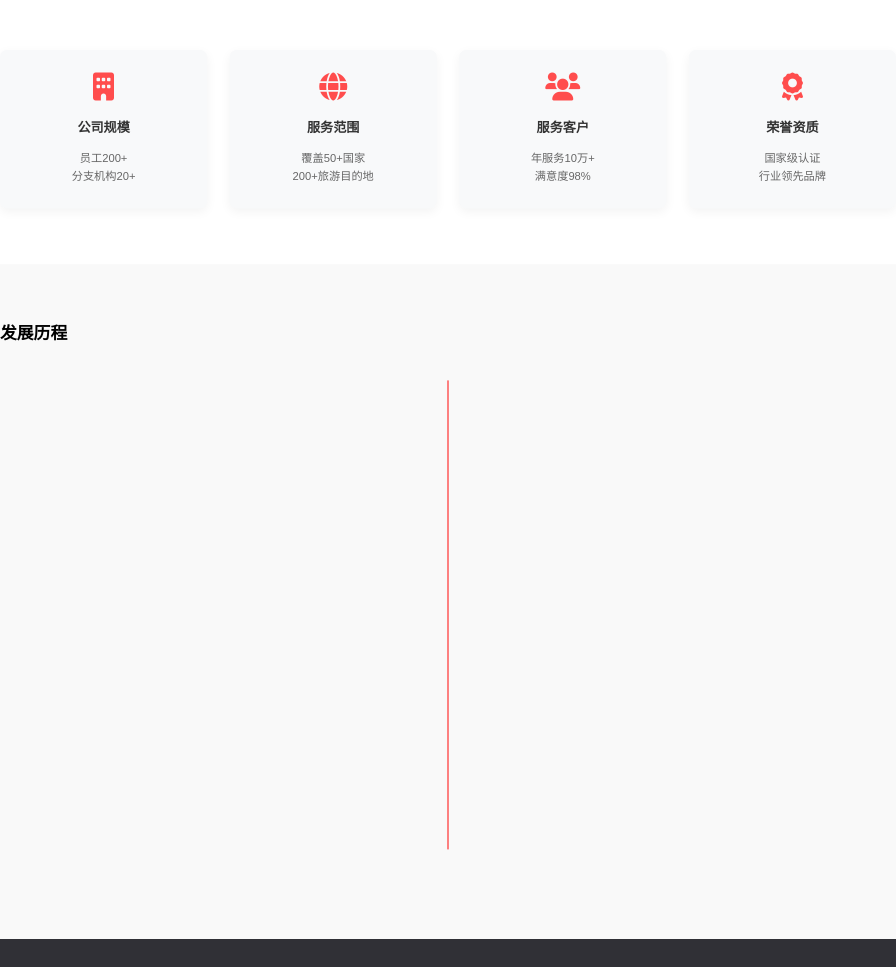
Repository: huang-heavenly-Emperor/travel_1
Page: pages/about.html
These files come from the project's save history. The page is drawn as it stood at one moment and after the next save; the edit follows.
The browser window is 1280 px wide. The pictures show the part of the page from y = 2218 to 4138 px (the page is 3600 px tall before and 4138 px after), at 70% of full size.
A picture or video elsewhere on the page could not be fetched, so the positions and the page height are approximate.

Above is the page before, as saved 2024-11-18 02:33:12.

### pages/about.html
<!DOCTYPE html>
<html lang="zh-CN">
<head>
    <meta charset="UTF-8">
    <meta name="viewport" content="width=device-width, initial-scale=1.0">
    <meta name="description" content="环球旅行 - 专业的旅游服务提供商，为您提供全球旅游攻略、行程规划和预订服务">
    <meta name="keywords" content="环球旅行,旅游,旅行社,旅游攻略,旅游预订">
    <meta name="author" content="环球旅行">

    <!-- 网站图标 -->
    <link rel="icon" href="../assets/images/favicon.ico" type="image/x-icon">
    <link rel="shortcut icon" href="../assets/images/favicon.ico" type="image/x-icon">

    <!-- 社交媒体分享信息 -->
    <meta property="og:title" content="关于我们 - 环球旅行">
    <meta property="og:description" content="了解环球旅行的故事和我们的服务理念">
    <meta property="og:image" content="../assets/images/about/share-image.jpg">
    <meta property="og:url" content="https://yourwebsite.com/about">

    <!-- CSS 文件引入 -->
    <link rel="stylesheet" href="../css/style.css">
    <link rel="stylesheet" href="../css/animations.css">
    <link rel="stylesheet" href="../css/responsive.css">
    <link rel="stylesheet" href="../css/about.css">

    <!-- 字体图标 -->
    <link rel="stylesheet" href="https://cdnjs.cloudflare.com/ajax/libs/font-awesome/6.0.0/css/all.min.css">
</head>
<body>
    <!-- 导航栏 -->
    <nav class="main-nav">
        <!-- 与首页相同的导航结构 -->
    </nav>

    <!-- 页面头部 -->
    <header class="about-header">
        <div class="header-content">
            <h1>关于我们</h1>
            <p>探索世界，创造回忆</p>
        </div>
    </header>

    <!-- 公司简介 -->
    <section class="company-intro">
        <div class="container">
            <div class="intro-content">
                <h2>我们的故事</h2>
                <p>环球旅行成立于2010年，致力于为旅行者提供最优质的旅游体验。十余年来，我们始终坚持"让旅行更美好"的理念，服务数十万旅客游览世界各地。</p>
            </div>
            <div class="intro-image">
                <img src="../assets/images/about/company.jpg" alt="公司简介">
            </div>
        </div>
    </section>

    <!-- 核心价值观 -->
    <section class="core-values">
        <div class="container">
            <h2>我们的价值观</h2>
            <div class="values-grid">
                <div class="value-card">
                    <i class="fas fa-heart"></i>
                    <h3>专业服务</h3>
                    <p>提供专业的旅游规划和贴心的服务</p>
                </div>
                <div class="value-card">
                    <i class="fas fa-shield-alt"></i>
                    <h3>安全保障</h3>
                    <p>确保旅客的安全是我们的首要任务</p>
                </div>
                <div class="value-card">
                    <i class="fas fa-star"></i>
                    <h3>品质保证</h3>
                    <p>精选优质旅游路线和住宿服务</p>
                </div>
            </div>
        </div>
    </section>

    <!-- 团队介绍 -->
    <section class="team-section">
        <div class="container">
            <h2>我们的团队</h2>
            <div class="team-grid">
                <div class="team-member">
                    <div class="member-image">
                        <img
                            src="data:[embedded picture, 78 characters]"
                            data-src="../assets/images/team/member1.jpg"
                            alt="张明 - CEO"
                            class="lazy-load"
                        >
                    </div>
                    <div class="member-info">
                        <h3>张明</h3>
                        <p>创始人 & CEO</p>
                    </div>
                </div>
                <!-- 更多团队成员... -->
            </div>
        </div>
    </section>

    <!-- 公司基本信息部分 -->
    <section class="company-info">
        <div class="container">
            <div class="info-grid">
                <div class="info-card">
                    <i class="fas fa-building"></i>
                    <h3>公司规模</h3>
                    <p>员工200+</p>
                    <p>分支机构20+</p>
                </div>
                <div class="info-card">
                    <i class="fas fa-globe"></i>
                    <h3>服务范围</h3>
                    <p>覆盖50+国家</p>
                    <p>200+旅游目的地</p>
                </div>
                <div class="info-card">
                    <i class="fas fa-users"></i>
                    <h3>服务客户</h3>
                    <p>年服务10万+</p>
                    <p>满意度98%</p>
                </div>
                <div class="info-card">
                    <i class="fas fa-award"></i>
                    <h3>荣誉资质</h3>
                    <p>国家级认证</p>
                    <p>行业领先品牌</p>
                </div>
            </div>
        </div>
    </section>

    <!-- 发展历程部分 -->
    <section class="history-timeline">
        <div class="container">
            <h2>发展历程</h2>
            <div class="timeline">
                <div class="timeline-item">
                    <div class="year">2010</div>
                    <div class="content">
                        <h3>公司成立</h3>
                        <p>环球旅行正式成立，开始提供旅游服务</p>
                    </div>
                </div>
                <div class="timeline-item">
                    <div class="year">2015</div>
                    <div class="content">
                        <h3>业务扩展</h3>
                        <p>拓展至20个国家，成为行业领先品牌</p>
                    </div>
                </div>
                <div class="timeline-item">
                    <div class="year">2018</div>
                    <div class="content">
                        <h3>技术创新</h3>
                        <p>推出在线预订平台，提供全方位数字化服务</p>
                    </div>
                </div>
                <div class="timeline-item">
                    <div class="year">2023</div>
                    <div class="content">
                        <h3>全球布局</h3>
                        <p>服务范围扩展至50+国家，年服务客户突破10万</p>
                    </div>
                </div>
            </div>
        </div>
    </section>

    <!-- 页脚 -->
    <footer class="footer">
        <!-- 与首页相同的页脚结构 -->
    </footer>
</body>
</html>

### css/style.css
/* 基础样式 */
* {
    margin: 0;
    padding: 0;
    box-sizing: border-box;
}

body {
    font-family: 'Microsoft YaHei', sans-serif;
    line-height: 1.6;
}

/* 导航栏样式 */
.main-nav {
    position: fixed;
    top: 0;
    left: 0;
    width: 100%;
    background: #fff;
    padding: 1rem 5%;
    display: flex;
    justify-content: space-between;
    align-items: center;
    z-index: 1000;
    box-shadow: 0 2px 5px rgba(0,0,0,0.1);
}

.nav-links {
    display: flex;
    list-style: none;
    gap: 2rem;
}

.nav-links a {
    text-decoration: none;
    color: #333;
    font-weight: 500;
    transition: color 0.3s ease;
}

/* 轮播图样式 */
.hero-slider {
    position: relative;
    height: 70vh;
    overflow: hidden;
}

.slide {
    position: relative;
    height: 100%;
}

.slide img {
    width: 100%;
    height: 100%;
    object-fit: cover;
}

/* 特色目的地样式 */
.featured-destinations {
  padding: 4rem 5%;
}

.section-header {
  text-align: center;
  margin-bottom: 3rem;
}

.destination-grid {
  display: grid;
  grid-template-columns: repeat(auto-fit, minmax(280px, 1fr));
  gap: 2rem;
}

.destination-card {
  position: relative;
  border-radius: 8px;
  overflow: hidden;
  box-shadow: 0 2px 15px rgba(0,0,0,0.1);
}

.destination-image {
  position: relative;
  height: 300px;
}

.destination-image img {
  width: 100%;
  height: 100%;
  object-fit: cover;
}

.destination-overlay {
  position: absolute;
  bottom: 0;
  left: 0;
  right: 0;
  background: linear-gradient(transparent, rgba(0,0,0,0.7));
  padding: 1.5rem;
  color: #fff;
  transform: translateY(100%);
  transition: transform 0.3s ease;
}

.destination-card:hover .destination-overlay {
  transform: translateY(0);
}

/* 页脚样式 */
.footer {
    background: #303036;
    color: #d3d3d3;
    padding: 20px 0;
    position: relative;
    bottom: 0;
    width: 100%;
}

.footer-content {
    display: flex;
    justify-content: space-around;
    flex-wrap: wrap;
    padding: 20px;
    gap: 20px;
}

.footer-section {
    flex: 1;
    min-width: 300px;
    padding: 20px;
}

.footer-section h3 {
    color: white;
    margin-bottom: 15px;
    position: relative;
}

.footer-section h3::before {
    content: '';
    position: absolute;
    left: 0;
    bottom: -5px;
    width: 50px;
    height: 2px;
    background: #ff4d4d;
}

.footer-section.about p {
    margin: 15px 0;
}

.socials {
    margin-top: 20px;
}

.socials a {
    display: inline-block;
    width: 35px;
    height: 35px;
    background: #ff4d4d;
    color: white;
    text-align: center;
    line-height: 35px;
    margin-right: 10px;
    border-radius: 5px;
    transition: all 0.3s;
}

.socials a:hover {
    background: #fff;
    color: #ff4d4d;
    transform: translateY(-5px);
}

.footer-section.links ul {
    list-style: none;
}

.footer-section.links ul li {
    margin-bottom: 10px;
}

.footer-section.links ul li a {
    color: #d3d3d3;
    text-decoration: none;
    transition: color 0.3s;
}

.footer-section.links ul li a:hover {
    color: white;
    padding-left: 10px;
}

.footer-section.contact span {
    display: block;
    margin-bottom: 10px;
}

.footer-bottom {
    text-align: center;
    padding: 10px;
    background: #343a40;
    color: #686868;
}

/* 汉堡菜单样式 */
.hamburger {
    display: none;
    cursor: pointer;
    width: 30px;
    height: 20px;
    position: relative;
    z-index: 1001;
}

.hamburger span {
    display: block;
    width: 100%;
    height: 2px;
    background: #333;
    position: absolute;
    transition: all 0.3s ease;
}

.hamburger span:first-child {
    top: 0;
}

.hamburger span:nth-child(2) {
    top: 9px;
}

.hamburger span:last-child {
    top: 18px;
}

/* 汉堡菜单激活状态 */
.hamburger.active span:first-child {
    transform: rotate(45deg);
    top: 9px;
}

.hamburger.active span:nth-child(2) {
    opacity: 0;
}

.hamburger.active span:last-child {
    transform: rotate(-45deg);
    top: 9px;
}

/* 导航菜单样式 */
.nav-menu {
    display: flex;
    align-items: center;
    gap: 2rem;
}

.nav-auth {
    display: flex;
    gap: 1rem;
}

/* 防止菜单打开时背景滚动 */
body.no-scroll {
    overflow: hidden;
}

/* 菜单展开时的遮罩 */
.nav-menu::before {
    content: '';
    position: fixed;
    top: 0;
    left: 0;
    width: 100%;
    height: 100%;
    background: rgba(0, 0, 0, 0.5);
    opacity: 0;
    visibility: hidden;
    transition: 0.3s ease;
}

.nav-menu.active::before {
    opacity: 1;
    visibility: visible;
}

### css/animations.css
/* 导航链接悬停动画 */
.nav-links a:hover {
    color: #007bff;
    transform: translateY(-2px);
}

/* 轮播图动画 */
.fade {
    animation: fadeEffect 1.5s ease-in-out;
}

@keyframes fadeEffect {
    from {
        opacity: 0;
    }
    to {
        opacity: 1;
    }
}

/* 关于页面动画 */
@keyframes fadeInDown {
    from {
        opacity: 0;
        transform: translateY(-30px);
    }
    to {
        opacity: 1;
        transform: translateY(0);
    }
}

@keyframes fadeInUp {
    from {
        opacity: 0;
        transform: translateY(30px);
    }
    to {
        opacity: 1;
        transform: translateY(0);
    }
}

/* 滚动显示动画 */
.scroll-reveal {
    opacity: 0;
    transform: translateY(30px);
    transition: all 0.8s ease;
}

.scroll-reveal.active {
    opacity: 1;
    transform: translateY(0);
}

### css/responsive.css
/* 响应式布局 */
@media screen and (max-width: 768px) {
    .nav-links {
        display: none; /* 移动端菜单将通过JS控制显示 */
    }

    .hero-slider {
        height: 50vh;
    }

    .destination-grid {
        grid-template-columns: repeat(2, 1fr);
    }

    .destination-image {
        height: 250px;
    }
}

@media screen and (max-width: 480px) {
    .nav-auth {
        display: none;
    }

    .hero-slider {
        height: 40vh;
    }

    .destination-grid {
        grid-template-columns: 1fr;
    }

    .destination-image {
        height: 200px;
    }
}

/* 页脚响应式样式 */
@media screen and (max-width: 768px) {
    .footer-content {
        flex-direction: column;
    }

    .footer-section {
        min-width: 100%;
    }

    .footer-section.about {
        text-align: center;
    }

    .footer-section h3::before {
        left: 50%;
        transform: translateX(-50%);
    }
}

/* 移动端导航样式 */
@media screen and (max-width: 768px) {
    .hamburger {
        display: block;
    }

    .nav-menu {
        position: fixed;
        top: 0;
        right: -100%;
        width: 80%;
        height: 100vh;
        background: #fff;
        flex-direction: column;
        padding: 80px 40px;
        transition: 0.3s ease;
    }

    .nav-menu.active {
        right: 0;
    }

    .nav-links {
        flex-direction: column;
        align-items: center;
        width: 100%;
    }

    .nav-links li {
        width: 100%;
        text-align: center;
        padding: 10px 0;
        border-bottom: 1px solid #eee;
    }

    .nav-auth {
        flex-direction: column;
        width: 100%;
        margin-top: 20px;
    }

    .nav-auth a {
        width: 100%;
        text-align: center;
        padding: 10px 0;
    }
}

/* 关于页面响应式样式 */
@media screen and (max-width: 768px) {
    .about-header {
        height: 40vh;
    }

    .header-content h1 {
        font-size: 2rem;
    }

    .company-intro .container {
        flex-direction: column;
        gap: 2rem;
    }

    .intro-content, .intro-image {
        width: 100%;
    }

    .values-grid {
        grid-template-columns: 1fr;
    }

    .team-grid {
        grid-template-columns: repeat(auto-fit, minmax(200px, 1fr));
    }
}

@media screen and (max-width: 480px) {
    .about-header {
        height: 30vh;
    }

    .header-content h1 {
        font-size: 1.5rem;
    }

    .member-image {
        height: 250px;
    }
}

### css/about.css
/* 页面头部样式 */
.about-header {
    height: 60vh;
    background: linear-gradient(rgba(0,0,0,0.5), rgba(0,0,0,0.5)),
                url('../assets/images/about/header-bg.jpg');
    background-size: cover;
    background-position: center;
    display: flex;
    align-items: center;
    justify-content: center;
    text-align: center;
    color: #fff;
    margin-top: 80px; /* 导航栏高度 */
}

.header-content h1 {
    font-size: 3rem;
    margin-bottom: 1rem;
    animation: fadeInDown 1s ease;
}

.header-content p {
    font-size: 1.2rem;
    animation: fadeInUp 1s ease;
}

/* 公司简介样式 */
.company-intro {
    padding: 5rem 0;
    background: #f9f9f9;
}

.company-intro .container {
    display: flex;
    align-items: center;
    gap: 4rem;
    max-width: 1200px;
    margin: 0 auto;
    padding: 0 20px;
}

.intro-content {
    flex: 1;
}

.intro-image {
    flex: 1;
    border-radius: 10px;
    overflow: hidden;
    box-shadow: 0 10px 30px rgba(0,0,0,0.1);
}

.intro-image img {
    width: 100%;
    height: auto;
    transition: transform 0.3s ease;
}

.intro-image:hover img {
    transform: scale(1.05);
}

/* 核心价值观样式 */
.core-values {
    padding: 5rem 0;
    background: #fff;
}

.values-grid {
    display: grid;
    grid-template-columns: repeat(auto-fit, minmax(250px, 1fr));
    gap: 2rem;
    margin-top: 3rem;
}

.value-card {
    text-align: center;
    padding: 2rem;
    background: #fff;
    border-radius: 10px;
    box-shadow: 0 5px 15px rgba(0,0,0,0.05);
    transition: transform 0.3s ease;
}

.value-card:hover {
    transform: translateY(-10px);
}

.value-card i {
    font-size: 2.5rem;
    color: #ff4d4d;
    margin-bottom: 1rem;
}

/* 团队介绍样式 */
.team-section {
    padding: 5rem 0;
    background: #f9f9f9;
}

.team-grid {
    display: grid;
    grid-template-columns: repeat(auto-fit, minmax(250px, 1fr));
    gap: 2rem;
    margin-top: 3rem;
}

.team-member {
    background: #fff;
    border-radius: 10px;
    overflow: hidden;
    box-shadow: 0 5px 15px rgba(0,0,0,0.05);
}

.member-image {
    height: 300px;
    overflow: hidden;
}

.member-image img {
    width: 100%;
    height: 100%;
    object-fit: cover;
    transition: transform 0.3s ease;
}

.team-member:hover .member-image img {
    transform: scale(1.1);
}

.member-info {
    padding: 1.5rem;
    text-align: center;
}

/* 添加图片加载过渡效果 */
.lazy-load {
    opacity: 0;
    transition: opacity 0.3s ease;
}

.lazy-load.loaded {
    opacity: 1;
}

/* 公司信息卡片样式 */
.company-info {
    padding: 5rem 0;
    background: #fff;
}

.info-grid {
    display: grid;
    grid-template-columns: repeat(auto-fit, minmax(250px, 1fr));
    gap: 2rem;
    margin-top: 3rem;
}

.info-card {
    text-align: center;
    padding: 2rem;
    background: #f8f9fa;
    border-radius: 10px;
    transition: transform 0.3s ease;
    box-shadow: 0 5px 15px rgba(0,0,0,0.05);
}

.info-card:hover {
    transform: translateY(-10px);
    background: #fff;
    box-shadow: 0 15px 30px rgba(0,0,0,0.1);
}

.info-card i {
    font-size: 2.5rem;
    color: #ff4d4d;
    margin-bottom: 1.5rem;
}

.info-card h3 {
    margin-bottom: 1rem;
    color: #333;
}

.info-card p {
    color: #666;
    line-height: 1.6;
}

/* 发展历程样式 */
.history-timeline {
    padding: 5rem 0;
    background: #f9f9f9;
}

.timeline {
    position: relative;
    max-width: 800px;
    margin: 3rem auto;
    padding: 2rem 0;
}

.timeline::before {
    content: '';
    position: absolute;
    left: 50%;
    top: 0;
    bottom: 0;
    width: 2px;
    background: #ff4d4d;
    transform: translateX(-50%);
}

.timeline-item {
    display: flex;
    justify-content: space-between;
    margin-bottom: 3rem;
    opacity: 0;
    transform: translateY(20px);
    transition: all 0.5s ease;
}

.timeline-item.visible {
    opacity: 1;
    transform: translateY(0);
}

.timeline-item:nth-child(odd) {
    flex-direction: row-reverse;
}

.year {
    flex: 1;
    text-align: center;
    font-size: 1.5rem;
    font-weight: bold;
    color: #ff4d4d;
    position: relative;
}

.content {
    flex: 2;
    padding: 1.5rem;
    background: #fff;
    border-radius: 10px;
    box-shadow: 0 5px 15px rgba(0,0,0,0.05);
}

After the next save:
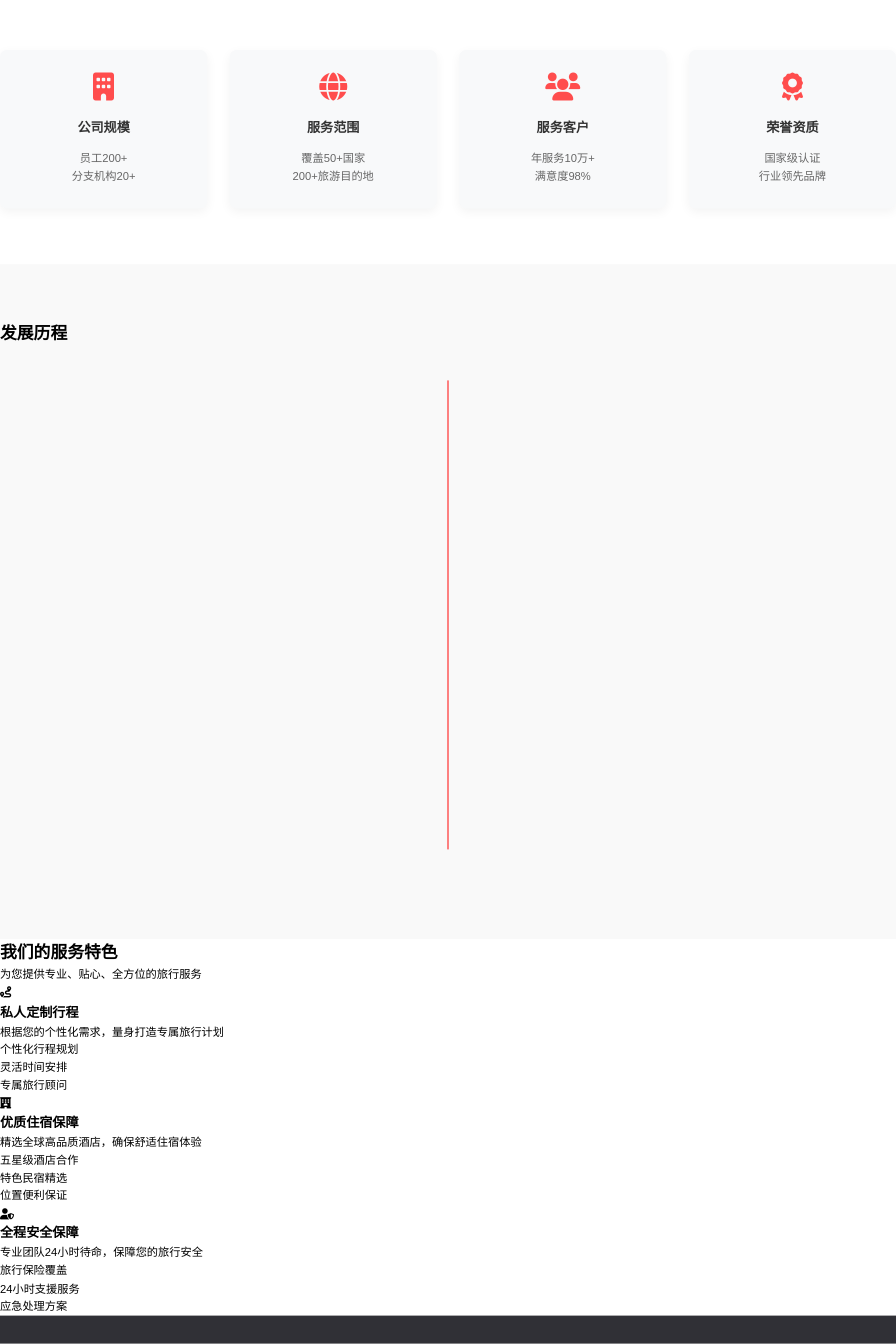
Saved 61 s later.
--- a/pages/about.html
+++ b/pages/about.html
@@ -170,6 +170,61 @@
         </div>
     </section>
 
+    <!-- 服务特色部分 -->
+    <section class="service-features">
+        <div class="container">
+            <h2>我们的服务特色</h2>
+            <p class="section-desc">为您提供专业、贴心、全方位的旅行服务</p>
+
+            <div class="features-grid">
+                <div class="feature-card">
+                    <div class="feature-icon">
+                        <i class="fas fa-route"></i>
+                    </div>
+                    <div class="feature-content">
+                        <h3>私人定制行程</h3>
+                        <p>根据您的个性化需求，量身打造专属旅行计划</p>
+                        <ul class="feature-list">
+                            <li>个性化行程规划</li>
+                            <li>灵活时间安排</li>
+                            <li>专属旅行顾问</li>
+                        </ul>
+                    </div>
+                </div>
+
+                <div class="feature-card">
+                    <div class="feature-icon">
+                        <i class="fas fa-hotel"></i>
+                    </div>
+                    <div class="feature-content">
+                        <h3>优质住宿保障</h3>
+                        <p>精选全球高品质酒店，确保舒适住宿体验</p>
+                        <ul class="feature-list">
+                            <li>五星级酒店合作</li>
+                            <li>特色民宿精选</li>
+                            <li>位置便利保证</li>
+                        </ul>
+                    </div>
+                </div>
+
+                <div class="feature-card">
+                    <div class="feature-icon">
+                        <i class="fas fa-user-shield"></i>
+                    </div>
+                    <div class="feature-content">
+                        <h3>全程安全保障</h3>
+                        <p>专业团队24小时待命，保障您的旅行安全</p>
+                        <ul class="feature-list">
+                            <li>旅行保险覆盖</li>
+                            <li>24小时支援服务</li>
+                            <li>应急处理方案</li>
+                        </ul>
+                    </div>
+                </div>
+            </div>
+        </div>
+    </section>
+
     <!-- 页脚 -->
     <footer class="footer">
         <!-- 与首页相同的页脚结构 -->
